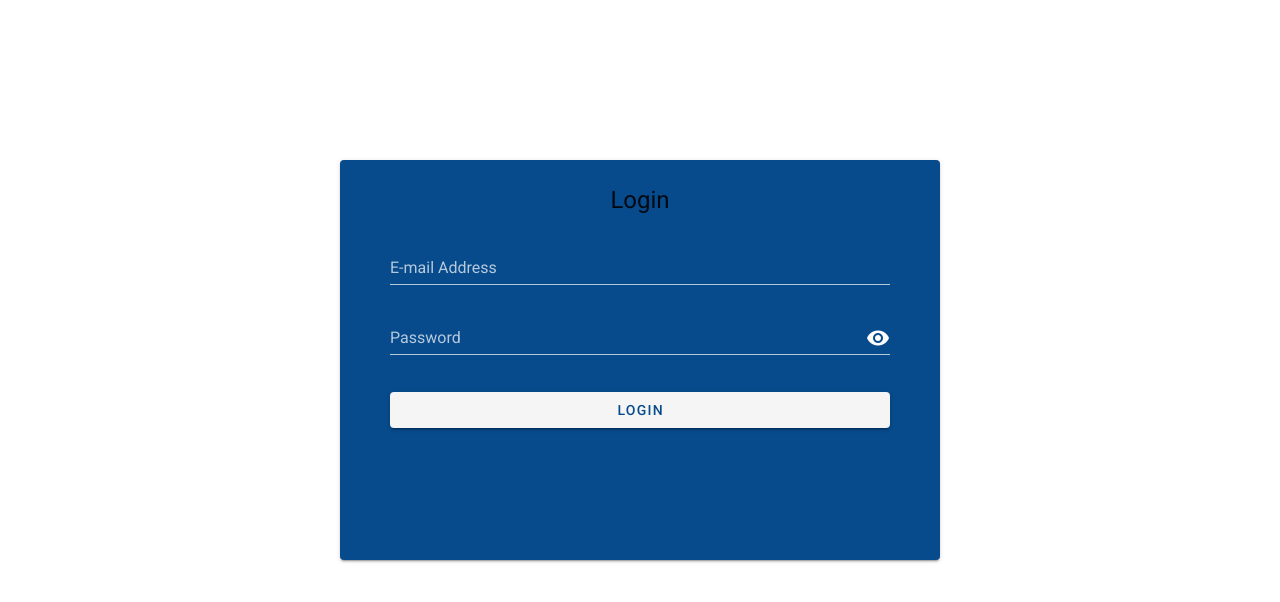
Repository: Grace229/Login
Page: /
The author's editor kept a copy of each file at every save. The page is drawn from the files as they stood at one save, then again after the next save.
The browser window is 1280 px wide. The pictures show the whole page.
The project was rebuilt for these pictures with package versions that can differ from the ones it lists, and the page was loaded fresh each time. Also part of the build but not shown: vue.config.js. Imported but missing from the stored project, and not drawn on this page: src/views/About.vue.

Above is the page before, as saved 2021-02-15 16:59:57.

After the next save:
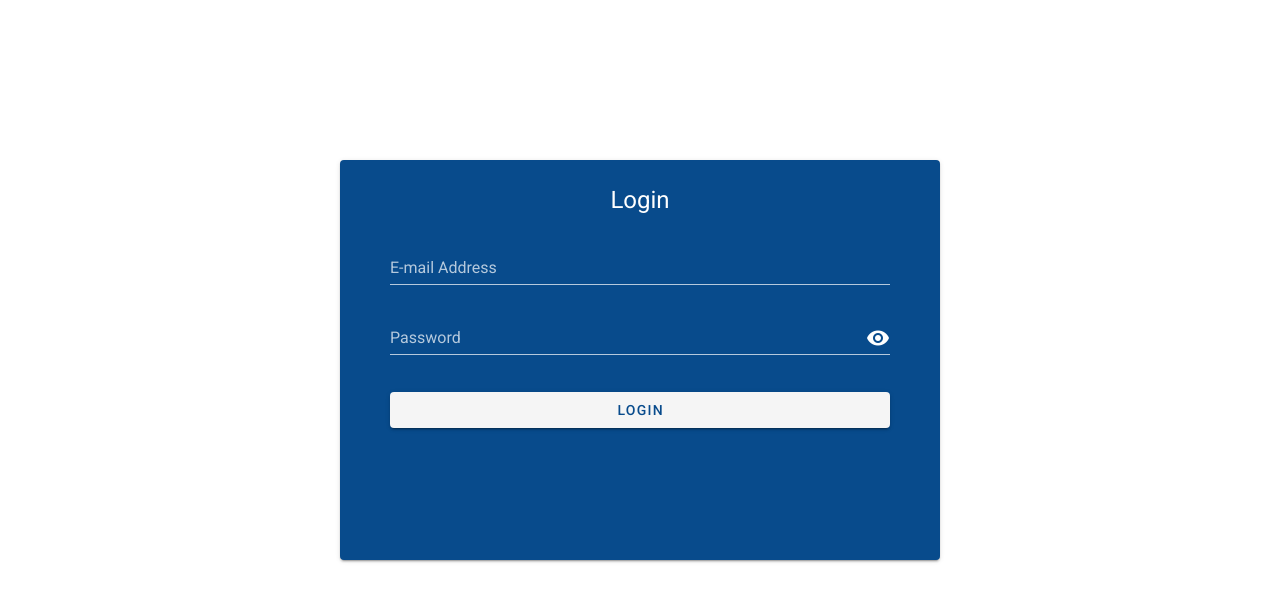
Saved 35 s later.
--- a/src/views/Home.vue
+++ b/src/views/Home.vue
@@ -6,7 +6,7 @@
     <v-container>
       <v-card class="mx-auto primary" max-width="600" height="400">
         <header>
-          <div class="headline text-center pt-6">
+          <div class="headline text-center pt-6 white--text">
             Login
           </div>
         </header>
